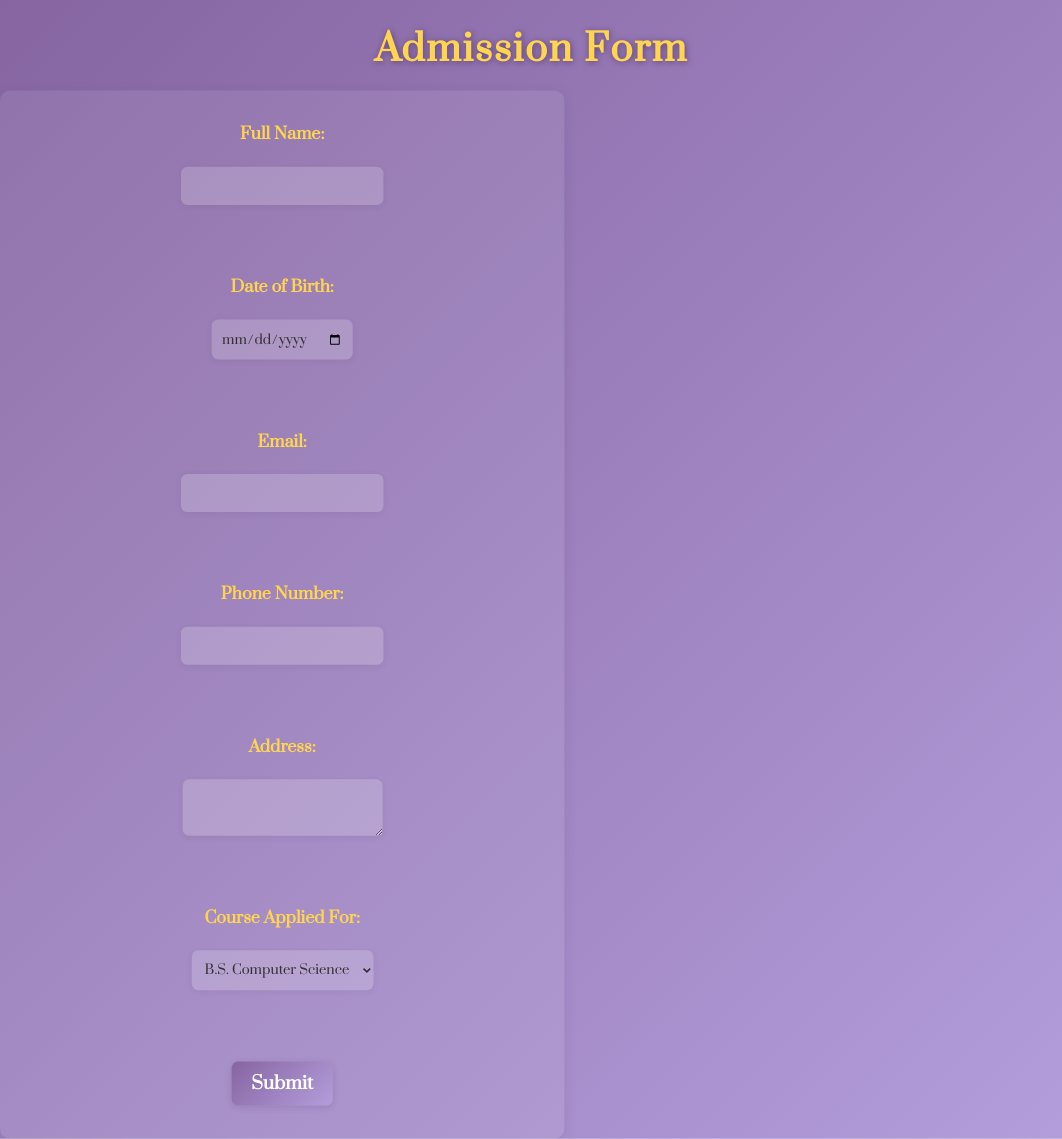
Repository: moinakhere/kelani_university
Page: admission.html
The author's editor kept a copy of each file at every save. The page is drawn from the files as they stood at one save, then again after the next save.
The browser window is 1280 px wide. The pictures show the whole page, at 83% of full size.

Above is the page before, as saved 2025-08-04 21:37:12.

After the next save:
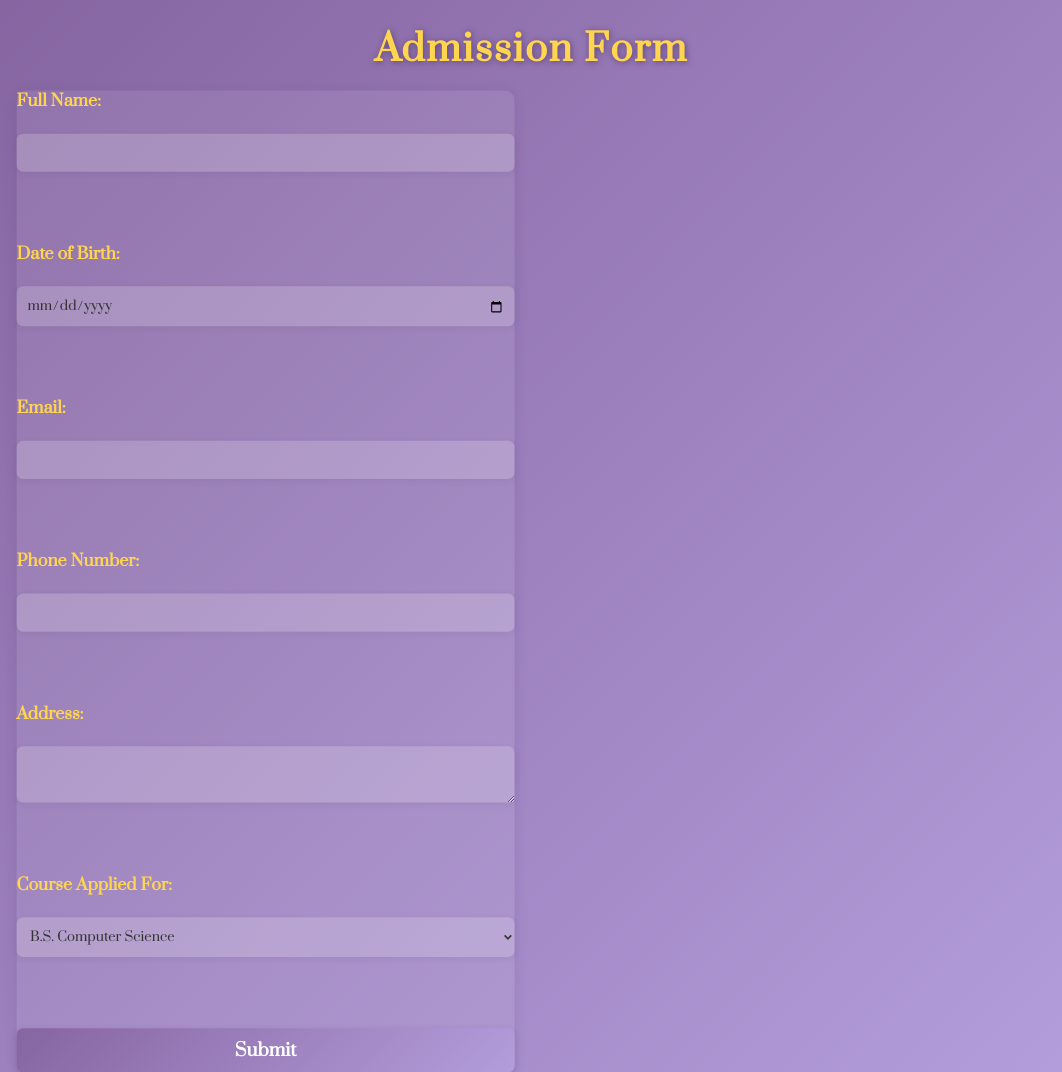
Saved 5 min 23 s later.
--- a/css/comppage.css
+++ b/css/comppage.css
@@ -66,8 +66,8 @@ Admission Form CSS
     max-width: 600px;
     border-radius: 12px;
     box-shadow: 0 4px 16px rgba(60, 40, 90, 0.12);
-    padding: 40px 40px;
-    align-items: center;
+    margin-left: 20px;
+    margin-right: 20px;
 }
 
 .form label {
